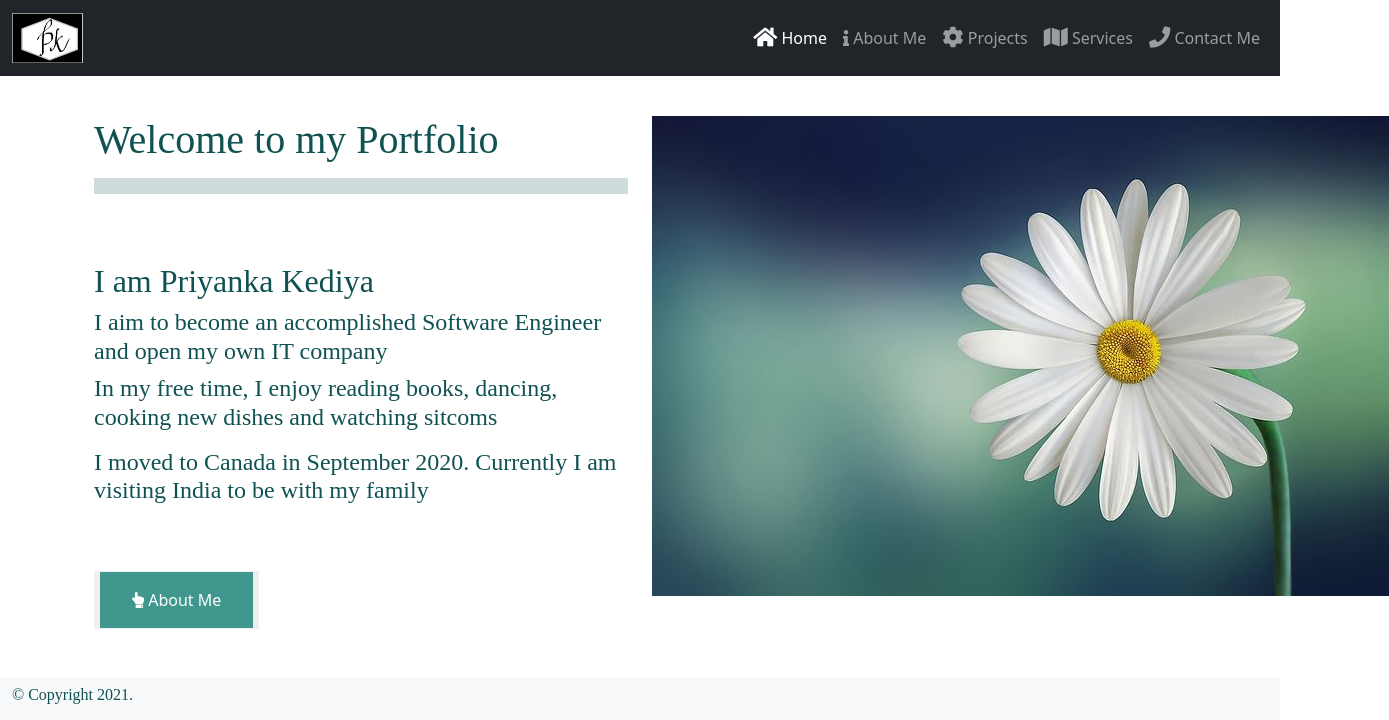
Repository: PriyankaKediya/Assignment2
Page: http://localhost/
The author's editor kept a copy of each file at every save. The page is drawn from the files as they stood at one save, then again after the next save.
The browser window is 1280 px wide. The page is 1389 px wide, so the pictures cover 1389 px, including what lies to the right of the window. The pictures show the whole page.
The page is served by the project's Node server (server.js). Other server files are loaded and not shown.

Above is the page before, as saved 2021-10-21 17:45:22.

### Server/Views/index.ejs
<!--
Filename: index.ejs
Name: Priyanka Kediya
Id: 301184183
Date: 10 October, 2021
-->


<!DOCTYPE html>
<html lang="en">
<head>
    <meta charset="UTF-8">
    <meta http-equiv="X-UA-Compatible" content="IE=edge">
    <meta name="viewport" content="width=device-width, initial-scale=1.0">
    <title><%= title %></title>
    <!-- CSS Section -->
    <link rel="stylesheet" href="./Content/app.css">
    <link rel="stylesheet" href="./bootstrap/dist/css/bootstrap.min.css">
    <link rel="stylesheet" href="./@fortawesome/fontawesome-free/css/all.min.css">
</head>
<body>
    <!-- Main Navigation Section -->
    <header>
      <%- include ('Components/header.ejs'); %>
    </header>

    <!-- Content Section -->

    <main>
      <div class="container">
        <%- include ('Content/' + page + '.ejs'); %>
      </div>
    </main>

    <!--footer link-->
    <footer>
       <%- include ('Components/footer.ejs'); %>
    </footer>


    <!-- JavaScript Section -->
    <script src="./jquery/dist/jquery.min.js"></script>
    <script src="./bootstrap/dist/js/bootstrap.min.js"></script>
    <script src="./@fortawesome/fontawesome-free/js/all.min.js"></script>
    <script src="./Scripts/app.js"></script>
</body>
</html>

### Server/Views/Components/header.ejs
<!--
Filename: header.ejs
Name: Priyanka Kediya
Id: 301184183
Date: 10 October, 2021
-->

<!--main navigation bar -->

<nav class="navbar navbar-expand-lg navbar-dark bg-dark">
  <div class="container-fluid">
    <a class="navbar-brand" href="/"><img src='/Assets/images/logo2.png' class='logo'> </a>
    <button class="navbar-toggler" type="button" data-bs-toggle="collapse" data-bs-target="#navbarSupportedContent" aria-controls="navbarSupportedContent" aria-expanded="false" aria-label="Toggle navigation">
      <span class="navbar-toggler-icon"></span>
    </button>
    <div class="collapse navbar-collapse" id="navbarSupportedContent">
      <ul class="navbar-nav ms-auto mb-2 mb-lg-0">
        <% if (title == "Home") { %>
          <a class="nav-link active" href="/home"><i class="fas fa-home fa-lg"></i> Home</a>
        <% } else { %>
          <a class="nav-link" href="/home"><i class="fas fa-home fa-lg"></i> Home</a>
        <% }  %>
        <li class="nav-item">
        </li>

        <% if (title == "About Me") { %>
          <a class="nav-link active" href="/about"><i class="fas fa-info"></i> About Me</a>
        <% } else { %>
          <a class="nav-link" href="/about"><i class="fas fa-info"></i> About Me</a>
        <% }  %>
        <li class="nav-item">
        </li>

        <% if (title == "Projects") { %>
          <a class="nav-link active" href="/projects"><i class="fas fa-cog fa-lg"></i> Projects</a>
        <% } else { %>
          <a class="nav-link" href="/projects"><i class="fas fa-cog fa-lg"></i> Projects</a>
        <% }  %>
        <li class="nav-item"></li>

        <% if (title == "Services") { %>
          <a class="nav-link active" href="/services"><i class="fas fa-map fa-lg"></i> Services</a>
        <% } else { %>
          <a class="nav-link" href="/services"><i class="fas fa-map fa-lg"></i> Services</a>
        <% }  %>
        <li class="nav-item">
        </li>

        <li class="nav-item ">
        <% if (title == "Contact Me") { %>
          <a class="nav-link active" href="/contact"><i class="fas fa-phone fa-lg"></i> Contact Me</a>
        <% } else { %>
          <a class="nav-link " href="/contact"><i class="fas fa-phone fa-lg"></i> Contact Me</a>
        <% }  %>
        </li>

      </ul>

    </div>
  </div>
</nav>

### Server/Views/Content/home.ejs
<!--
Filename: home.ejs
Name: Priyanka Kediya
Id: 301184183
Date: 10 October, 2021
-->
      <div class="container">
        <div class="row">
          <div class="col">
              <h1>Welcome to my Portfolio</h1>
                <p class="placeholder-glow">
                  <span class="placeholder col-12"></span>
                </p>

                  <div class="content">
                    <h2>I am Priyanka Kediya</h2>
                    <h4>I aim to become an accomplished Software Engineer and open my own IT company</h4>
                    <h4>In my free time, I enjoy reading books, dancing, cooking new dishes and watching sitcoms</h4><p></p>
                    <h4>I moved to Canada in September 2020. Currently I am visiting India to be with my family</h4><p></p>
                  </div>

            <button class="navObject">
              <nav class="navbar navbar-expand-lg navbar-dark " style="background-color: rgb(63, 151, 141);" >
                <div class="container-fluid">

                  <div class="collapse navbar-collapse" id="navbarSupportedContent">
                    <ul class="navbar-nav me-auto mb-2 mb-lg-0 ">
                      <li class="nav-item">
                        <a class="nav-link active" href="/about"><i class="fas fa-hand-point-up"></i> About Me</a>
                        </li>
                      </ul>
                    </div>
                  </div>
                </nav>
            </button>

            </div>
              <div class="col-6">
                  <img src="/Assets/images/flower.png">
              </div>
            </div>

      </div>

### Server/Views/Components/footer.ejs
<!--
Filename: footer.ejs
Name: Priyanka Kediya
Id: 301184183
Date: 10 October, 2021
-->
<nav class="navbar fixed-bottom navbar-light bg-light">
    <div class="container-fluid">
        <h6>&copy; Copyright 2021.</h6>
    </div>
</nav>

### server.js
#!/usr/bin/env node
"use strict";
/**
 * Module dependencies.
 */
var __importDefault = (this && this.__importDefault) || function (mod) {
    return (mod && mod.__esModule) ? mod : { "default": mod };
};
Object.defineProperty(exports, "__esModule", { value: true });
const app_1 = __importDefault(require("./Server/Config/app"));
const debug_1 = __importDefault(require("debug"));
(0, debug_1.default)('comp229-f2021-lesson3:server');
const http_1 = __importDefault(require("http"));
/**
 * Get port from environment and store in Express.
 */
let port = normalizePort(process.env.PORT || '3000');
app_1.default.set('port', port);
/**
 * Create HTTP server.
 */
let server = http_1.default.createServer(app_1.default);
/**
 * Listen on provided port, on all network interfaces.
 */
server.listen(port);
server.on('error', onError);
server.on('listening', onListening);
/**
 * Normalize a port into a number, string, or false.
 */
function normalizePort(val) {
    let port = parseInt(val, 10);
    if (isNaN(port)) {
        // named pipe
        return val;
    }
    if (port >= 0) {
        // port number
        return port;
    }
    return false;
}
/**
 * Event listener for HTTP server "error" event.
 */
function onError(error) {
    if (error.syscall !== 'listen') {
        throw error;
    }
    let bind = typeof port === 'string'
        ? 'Pipe ' + port
        : 'Port ' + port;
    // handle specific listen errors with friendly messages
    switch (error.code) {
        case 'EACCES':
            console.error(bind + ' requires elevated privileges');
            process.exit(1);
            break;
        case 'EADDRINUSE':
            console.error(bind + ' is already in use');
            process.exit(1);
            break;
        default:
            throw error;
    }
}
/**
 * Event listener for HTTP server "listening" event.
 */
function onListening() {
    let addr = server.address();
    let bind = typeof addr === 'string'
        ? 'pipe ' + addr
        : 'port ' + addr.port;
    (0, debug_1.default)('Listening on ' + bind);
}
//# sourceMappingURL=server.js.map

### Server/Routes/index.js
"use strict";
/*
Filename: index.js
Name: Priyanka Kediya
Id: 301184183
Date: 10 October, 2021
*/

var __importDefault = (this && this.__importDefault) || function (mod) {
    return (mod && mod.__esModule) ? mod : { "default": mod };
};
Object.defineProperty(exports, "__esModule", { value: true });
const express_1 = __importDefault(require("express"));
const router = express_1.default.Router();
exports.default = router;
//get a reference to the Game Model Class
const game_1 = __importDefault(require("../Models/game"));
/* GET home page. */
router.get('/', function (req, res, next) {
    res.render('index', { title: 'Home', page: 'home' });
});
/* GET home page. */
router.get('/home', function (req, res, next) {
    res.render('index', { title: 'Home', page: 'home' });
});
/* GET about page. */
router.get('/about', function (req, res, next) {
    res.render('index', { title: 'About Me', page: 'about' });
});
/* GET projects page. */
router.get('/projects', function (req, res, next) {
    res.render('index', { title: 'Projects', page: 'projects' });
});
/* GET services page. */
router.get('/services', function (req, res, next) {
    res.render('index', { title: 'Services', page: 'services' });
});
/* GET contact page. */
router.get('/contact', function (req, res, next) {
    res.render('index', { title: 'Contact Me', page: 'contact' });
});
/*GET games list */
router.get('/games-list', function (req, res, next) {
    //db.games.find
    game_1.default.find((err, gamesCollection) => {
        if (err) {
            console.error(err);
            res.end(err);
        }
        console.log(gamesCollection);
    });
});
//module.exports = router;
//# sourceMappingURL=index.js.map

### Client/Content/app.css
/*
Filename: app.css
Name: Priyanka Kediya
Id: 301184183
Date: 10 October, 2021
*/

/* custom css goes here */
.logo {
  width: 90;
  height: 50px;
}
.form {
  width: 100%;
}
.mail {
  width: 10%;
}
.linkedin {
  width: 3.5%;
}
.languages {
  width: 50%;
}

.contactForm {
  padding-left: 150px;
  padding-right: 350px;
  color: rgb(16, 82, 82);
  font-family: "Times New Roman", Times, serif;
}
.container {
  padding-top: 20px;
}
.project2 {
  padding-top: 40px;
}
.project3 {
  padding-top: 40px;
}
.placeholder-glow {
  color: rgb(16, 82, 82);
}
.navObject {
  border: white;
}
.navObject:hover {
  background-color: rgb(10, 41, 41);
}
.content {
  padding-top: 50px;
  padding-bottom: 50px;
}

h1 {
  color: rgb(16, 82, 82);
  font-family: "Times New Roman", Times, serif;
  align-content: right;
}

h2,
h3,
h4,
h5,
h6 {
  color: rgb(16, 82, 82);
  font-family: "Times New Roman", Times, serif;
}

.link {
  background-color: white;
  color: white;
}

### Client/Scripts/app.js
"use strict";
/*
Filename: app.js
Name: Priyanka Kediya
Id: 301184183
Date: 10 October, 2021
*/
/* custom js goes here */
// IIFE - Immediately Invoked Function Expression (AKA an anonymous self-executing function)
(function () {
    function Start() {
        console.log("App Started...");
    }
    window.addEventListener("load", Start);
})();
//# sourceMappingURL=app.js.map

After the next save:
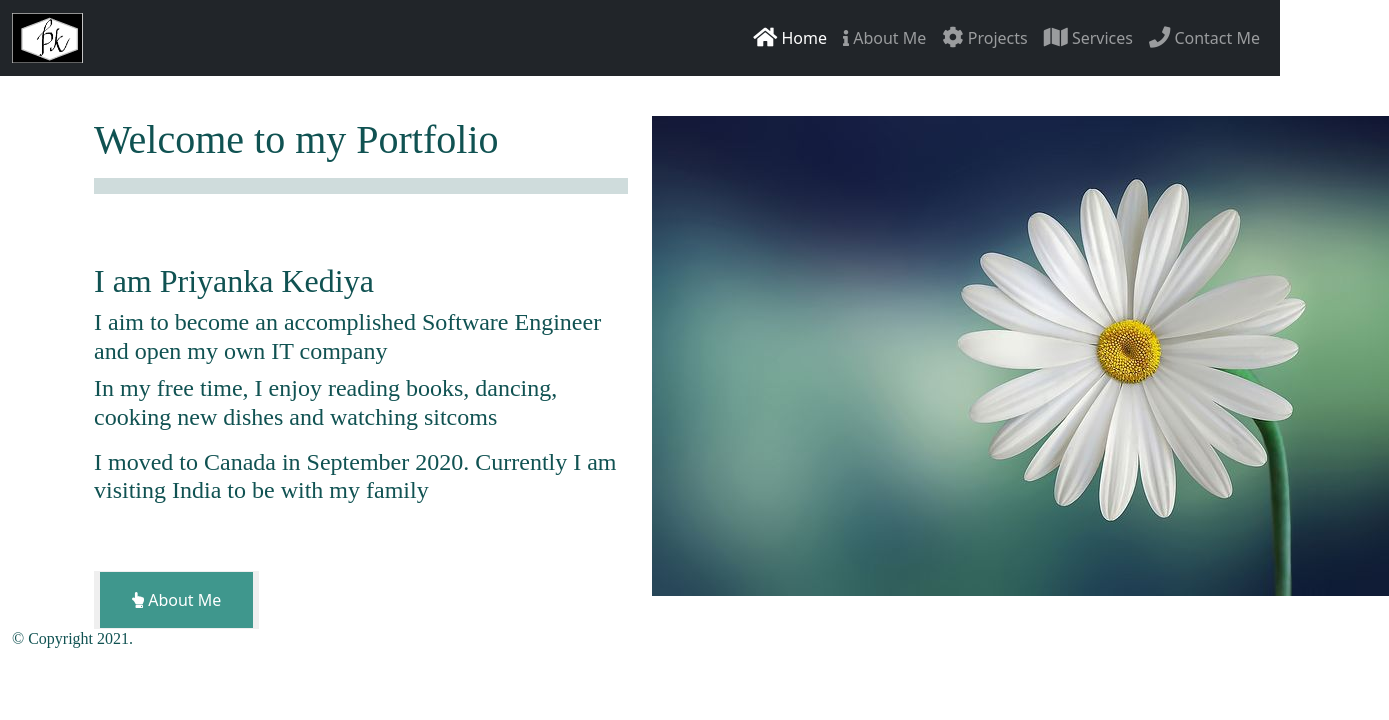
Saved 4 min 52 s later.
--- a/Server/Views/Components/footer.ejs
+++ b/Server/Views/Components/footer.ejs
@@ -4,8 +4,7 @@
 Id: 301184183
 Date: 10 October, 2021
 -->
-<nav class="navbar fixed-bottom navbar-light bg-light">
+
     <div class="container-fluid">
         <h6>&copy; Copyright 2021.</h6>
     </div>
-</nav>

After the 2 saves that followed:
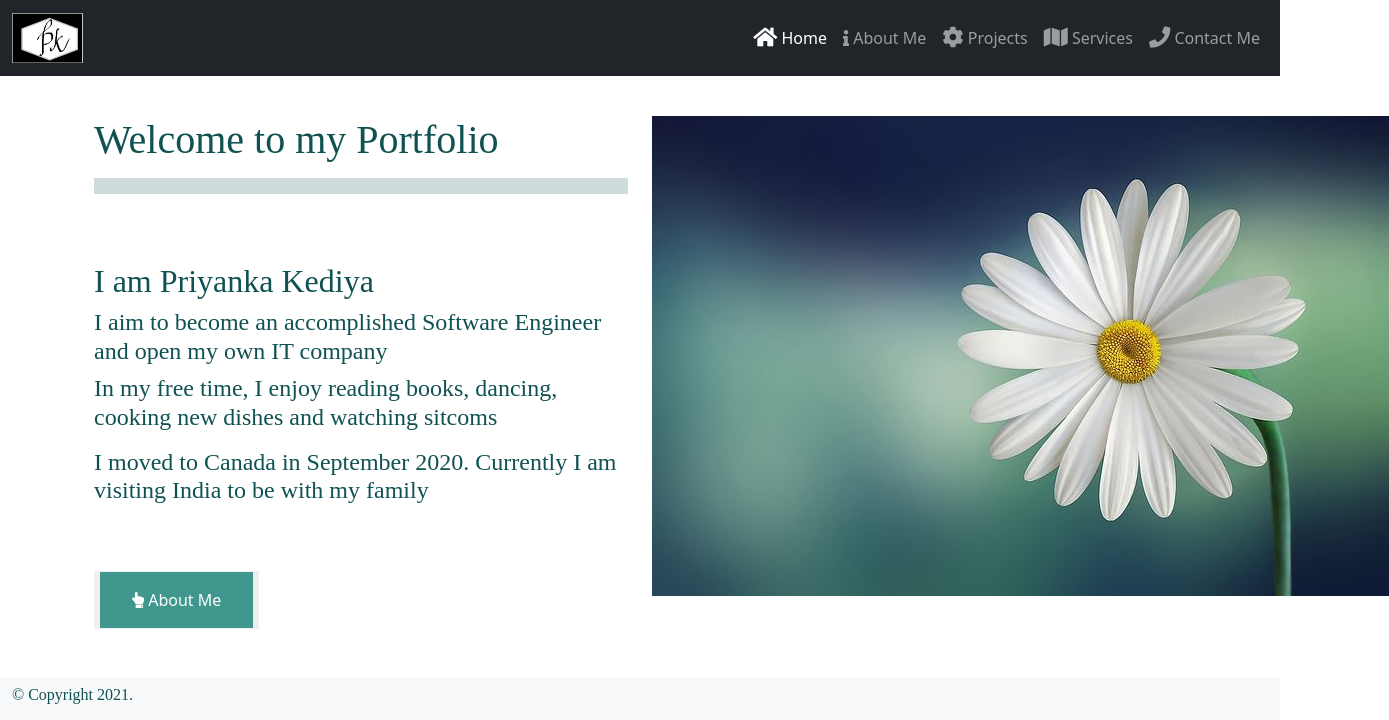
The 2 saves are shown as one change because 1 left the picture as it was.
The last was saved 85 s later.
--- a/Server/Views/Components/footer.ejs
+++ b/Server/Views/Components/footer.ejs
@@ -4,7 +4,12 @@
 Id: 301184183
 Date: 10 October, 2021
 -->
+<nav class="navbar fixed-bottom navbar-light bg-light">
 
     <div class="container-fluid">
         <h6>&copy; Copyright 2021.</h6>
     </div>
+</nav>
+<!--
+<nav class="navbar fixed-bottom navbar-light bg-light">
+</nav>-->
